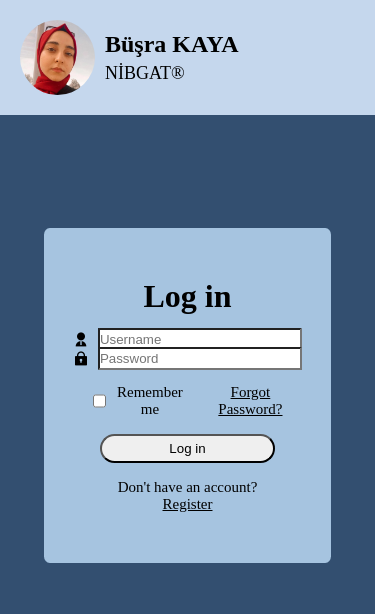
Repository: busra-kayaa/LoginPage
Page: login.html
These files come from the project's save history. The page is drawn as it stood at one moment and after a run of saves; the edit follows.
The browser window is 375 px wide. The pictures show the whole page.

Above is the page before, as saved 2024-01-14 00:16:15.

### login.html
<!DOCTYPE html>
<html>
    <head>
        <meta name="viewport" content="width=device-width, initial-scale=1.0"> <!--Bu etiket, web siteyi mobil cihazlarda duyarlı hale getirmek için gereklidir.-->
        <meta name="author" content="Büşra Kaya"/>
        <title>Login Page</title>
        <link
            rel="stylesheet"
            href="./style.css"
            type="text/css"
        />
        <link
            rel="stylesheet"
            href="https://cdnjs.cloudflare.com/ajax/libs/remixicon/3.5.0/remixicon.css"
            crossorigin=""
        />  <!--Remixicon ikon kitaplığını bağlamak için bir stil dosyasını içerir.-->
    </head>
    <body>
        <div class="header-container">
            <div
                class="header-left-side-container"
            >
                <img
                    src="./busra.jpg"
                    height="75px"
                    width="75px"
                    class="logo"
                />
                <div class="header-desc-container">
                    <span class="header-title">
                        Büşra KAYA
                    </span>
                    <span class="header-content">
                        NİBGAT®
                    </span>
                </div>
            </div>
        </div>
        <div class="login-from-container">
            <div class ="login-text"><h1>Log in</h1></div>
            <div class="input-group1">
                <i class="ri-user-2-fill"></i>
                <input
                    type="text"
                    placeholder="Username"
                    class="input-text"
                    autocomplete="off"
                />
            </div>
            <div class="input-group2">
                <i class="ri-lock-2-fill"></i>
                <input
                    type="password"
                    placeholder="Password"
                    class="input-text"
                    autocomplete="off"
                />
            </div>
            <div class="login-check">
                <div class="login-check-box">
                   <input
                        type="checkbox"
                        class="login-check-input"
                        id="user-check"
                    />
                   <label for="user-check" class="login-check-label">Remember me</label>
                </div>
                <a href="#" target="_blank" class="login-forgot">Forgot Password?</a>
            </div>
            <button onclick="alert('Başarıyla Giriş Yaptınız.')" type="submit" class="login-button">Log in</button>
            <div class="login-register">
                Don't have an account? <a href="#"  target="_blank">Register</a>
            </div>
        </div>
    </body>
</html>

### style.css

* {
    padding: 0;
    margin: 0;
}

body {
    background-color: #334F70;
}

.header-container {
    justify-content: space-between;
    background-color: #C5D7ED;
    flex-direction: row;
    align-items: center;
    padding: 20px;
    display: flex;
    margin-bottom: 10%;
}

.header-left-side-container {
    flex-direction: row;
    align-items: center;
    display: flex;
}

.logo {
    border-radius: 50%;
    margin-right: 10px;
}

.header-desc-container {
    display: flex;
    flex-direction: column;
}

.header-title {
    display: flex;
    flex-direction:column;
    font-weight: bold;
    font-size: 24px;
    margin-bottom: 5px;
}

.header-content {
    font-weight:normal;
    font-size: 18px;
    color:rgb(0, 0, 0);
}

.login-from-container {
    background-color: #A6C4E0;
    display: flex;
    border-radius: 2%;
    flex-direction: column;
    align-items: center;
    text-align: center;
    margin: auto;
    width: 32%;
    padding: 50px;
}

.login-text {
    padding-bottom: 15px;
}

.input-group1 {
    display: grid;
    grid-template-columns: 1fr max-content;
    column-gap: .55rem;
    align-items: center;
    margin-bottom: 3%;
}

.input-group1 i {
    font-size: 100 200 px;
}

.input-group2 {
    display: grid;
    grid-template-columns: 1fr max-content;
    column-gap: .55rem;
    align-items: center;

}

.input-group2 i {
    font-size: 100 200 px;
}

.input-text {
    display: flex;
    flex-direction: column;
    width: 230px;
    height: 100%;
    border-radius: 1%;
}

.login-check,
.login-check-box {
    display: flex;
    justify-content: space-between;
    align-items: center;
}

.login-check {
    font-size: 15px;
    margin-top: 1rem;
    margin-bottom: 1rem;
    gap: 34px;
}

.login-check-box {
    column-gap: 10px;
}

.login-check-input {
    width: 1rem;
    height: 2rem;
}

.login-forgot {
    color: black;
}

.login-forgot:hover {
    text-decoration: underline;
}

.login-button {
    width: 175px;
    padding: 5px;
    margin-bottom: 1rem;
    border-radius: 4rem;
    color: var(--black-color);
    font-weight: 500;
}

.login-button:hover {
    background-color: var(--highlight-color);
    color: var(--white-color);
}

.login-button:hover {
    opacity: 0.75;
    cursor: pointer;
}

.login-button:active {
    transform: translateY(2px);
}

.login-register {
    font-size: 15px;
    text-align: center;
}

.login-register a {
    color: var(--white-color);
    font-weight: 500;
}

.login-register a:hover {
    text-decoration: underline;
}
/* Media queries section */

/* Small devices*/
@media only screen  and (max-width: 600px) {
    .header-container{
        margin-bottom: 30%;
    }
    .login-from-container {
        width: 50%;
    }
    .input-group1 {
        margin-bottom: 0px;
    }
    .input-text {
        width: 200px;
    }
}

After the next 3 saves:
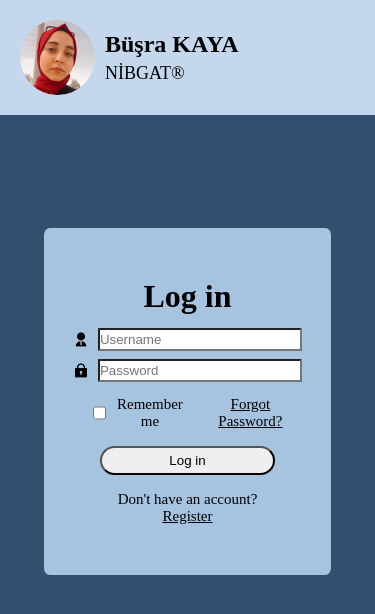
The 3 saves are shown as one change because they came seconds apart.
The last was saved 20 s later.
--- a/style.css
+++ b/style.css
@@ -174,7 +174,7 @@ body {
         width: 50%;
     }
     .input-group1 {
-        margin-bottom: 0px;
+        margin-bottom: 12px;
     }
     .input-text {
         width: 200px;
